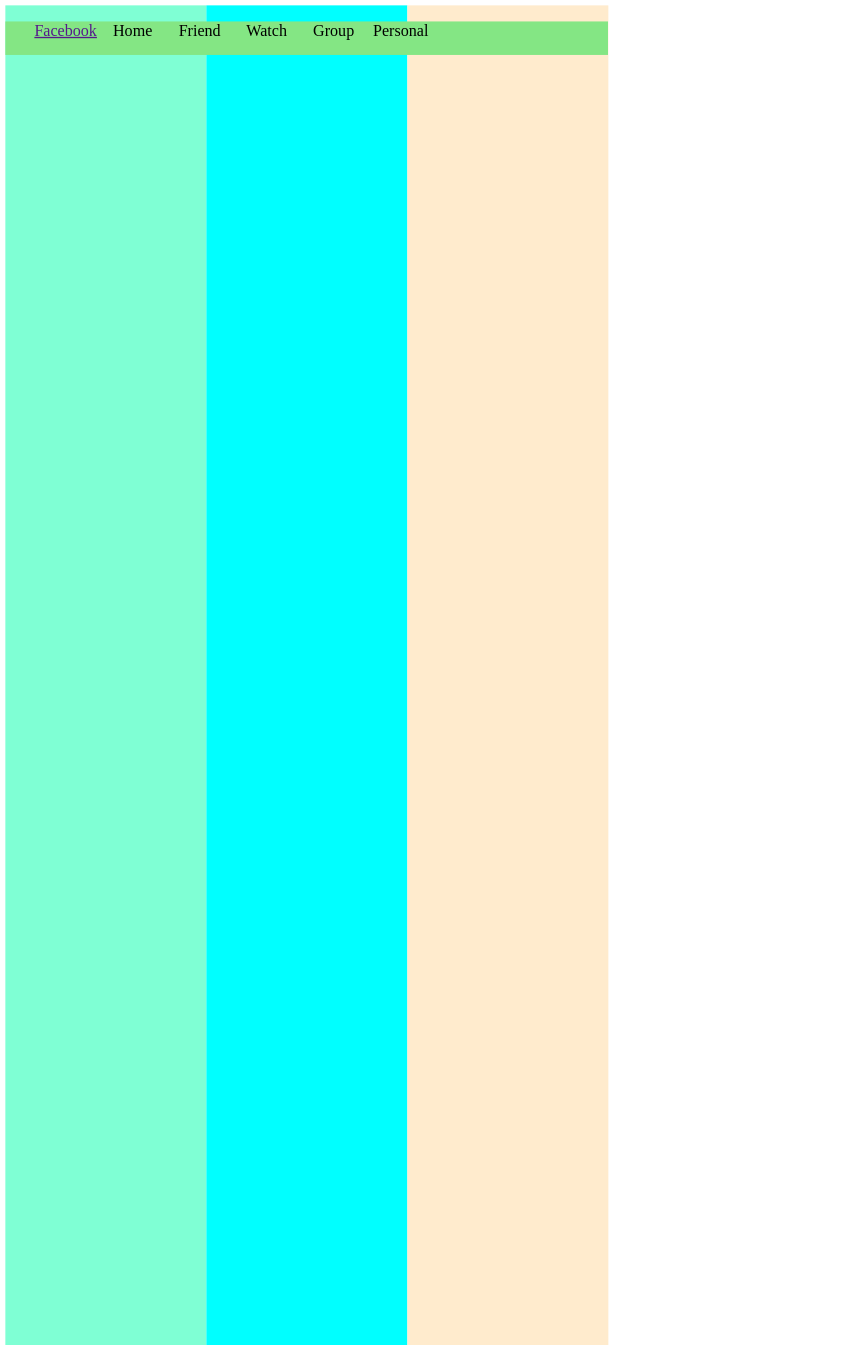
Repository: nguyenhung50497/MD2_cssLayout
Page: BT_taoFbDonGian/index.html
The author's editor kept a copy of each file at every save. The page is drawn from the files as they stood at one save, then again after a run of saves.
The browser window is 1280 px wide. The pictures show the whole page, at 67% of full size.

Above is the page before, as saved 2022-11-29 14:46:40.

### BT_taoFbDonGian/index.html
<!DOCTYPE html>
<html lang="en">
<head>
    <meta charset="UTF-8">
    <meta http-equiv="X-UA-Compatible" content="IE=edge">
    <meta name="viewport" content="width=device-width, initial-scale=1.0">
    <link rel="stylesheet" href="styles.css">
    <title>Document</title>
</head>
<body>
    <header>
        <nav>
            <ul>
                <li><a href="">Facebook</a></li>
                <li>Home</li>
                <li>Friend</li>
                <li>Watch</li>
                <li>Group</li>
                <li>Personal</li>
            </ul>
        </nav>
    </header>
    <div>
        <aside id="left"></aside>
        <section>

        </section>
        <aside id="right"></aside>
    </div>
    <footer></footer>
</body>
</html>

### BT_taoFbDonGian/styles.css
header {
    position: fixed;
    width: 900px;
}

nav {
    background-color: rgb(132, 230, 132);
    width: 100%;
    height: 50px;
    font-size: 24px;
}

nav > ul > li {
    position: relative;
    float: left;
    width: 100px;
    height: 50px;
    text-align: center;
    list-style: none;
}

section {
    box-sizing: border-box;
    width: 300px;
    height: 2000px;
    background-color: aqua;
    float: left;
}

#left {
    box-sizing: border-box;
    width: 300px;
    height: 2000px;
    background-color: aquamarine;
    float: left;
}

#right {
    box-sizing: border-box;
    width: 300px;
    height: 2000px;
    background-color: blanchedalmond;
    float: left;
}

After the next 5 saves:
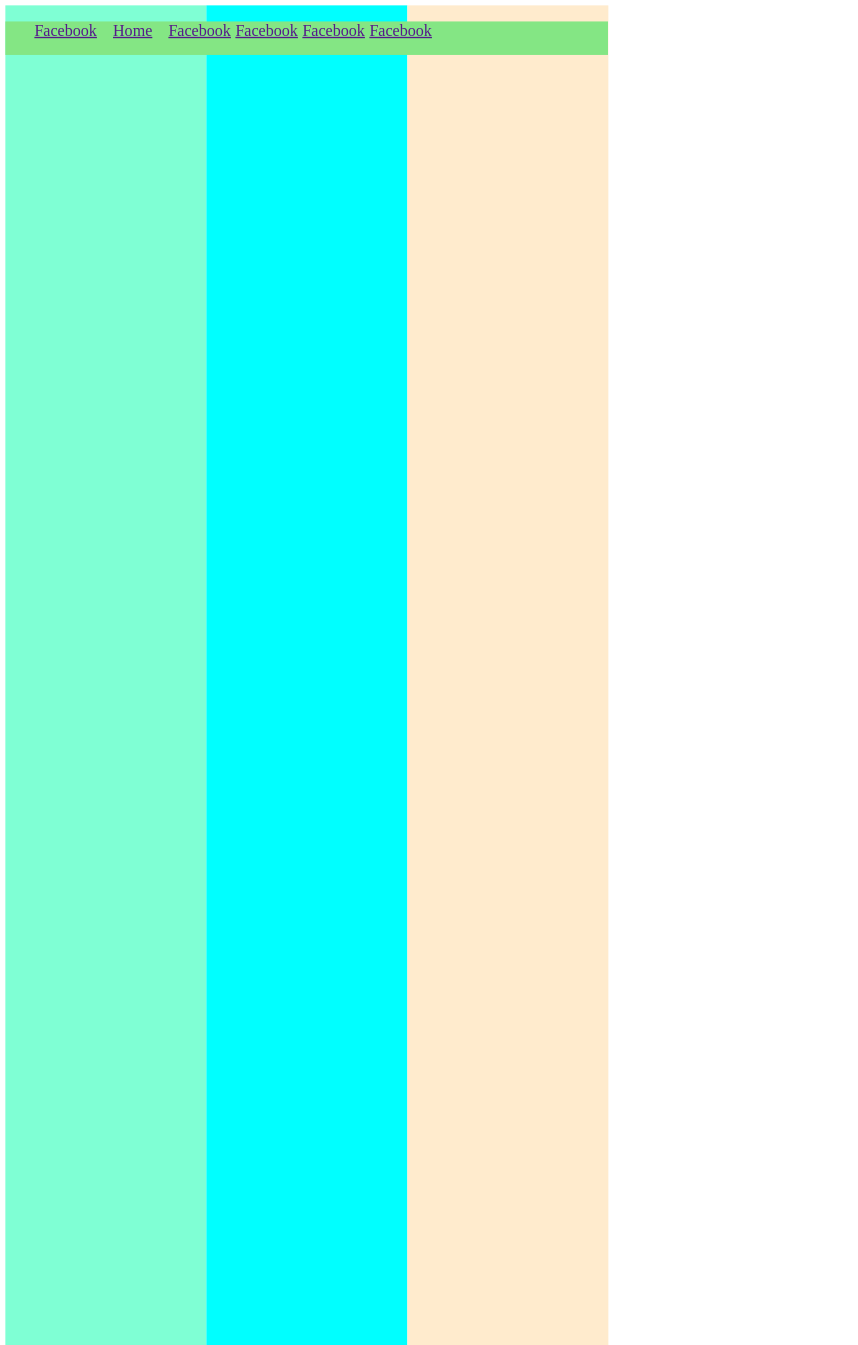
The 5 saves are shown as one change because they came seconds apart.
The last was saved 17 s later.
--- a/BT_taoFbDonGian/index.html
+++ b/BT_taoFbDonGian/index.html
@@ -12,11 +12,11 @@
         <nav>
             <ul>
                 <li><a href="">Facebook</a></li>
-                <li>Home</li>
-                <li>Friend</li>
-                <li>Watch</li>
-                <li>Group</li>
-                <li>Personal</li>
+                <li><a href="">Home</a></li>
+                <li><a href="">Facebook</a></li>
+                <li><a href="">Facebook</a></li>
+                <li><a href="">Facebook</a></li>
+                <li><a href="">Facebook</a></li>
             </ul>
         </nav>
     </header>
